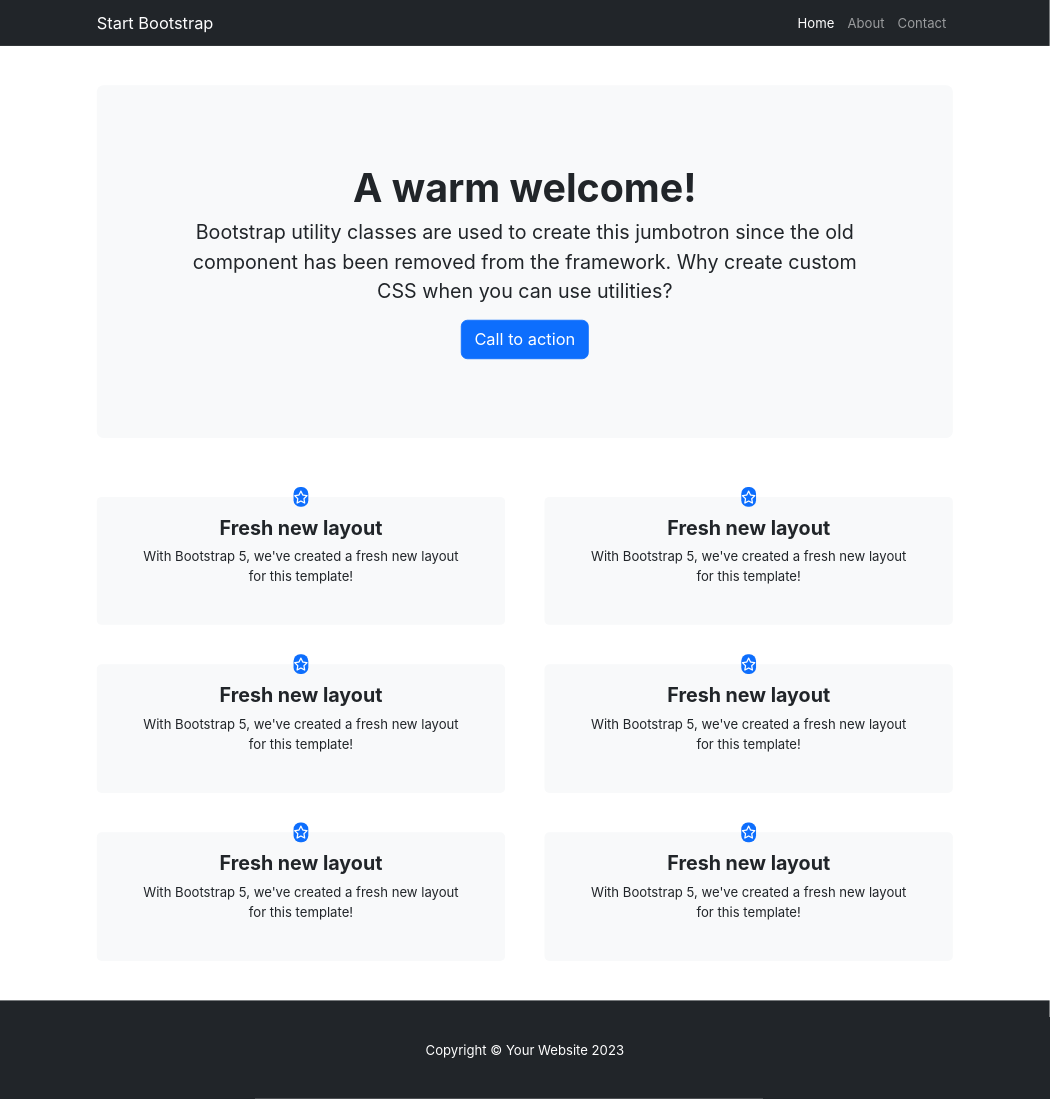
Repository: maitan0705/MaiThanhTan_BC43_BT1_react
Page: /
These files come from the project's save history. The page is drawn as it stood at one moment and after a run of saves; the edit follows.
The browser window is 1280 px wide. The pictures show the whole page, at 82% of full size.
The project was rebuilt for these pictures with package versions that can differ from the ones it lists, and the page was loaded fresh each time.

Above is the page before, as saved 2023-04-09 21:46:28.

### public/index.html
<!DOCTYPE html>
<html lang="en">

<head>
  <meta charset="utf-8" />
  <link rel="icon" href="%PUBLIC_URL%/favicon.ico" />
  <meta name="viewport" content="width=device-width, initial-scale=1" />
  <meta name="theme-color" content="#000000" />
  <meta name="description" content="Web site created using create-react-app" />
  <title>React App</title>
  <link href="https://cdn.jsdelivr.net/npm/bootstrap@5.3.0-alpha3/dist/css/bootstrap.min.css" rel="stylesheet"
    integrity="sha384-KK94CHFLLe+nY2dmCWGMq91rCGa5gtU4mk92HdvYe+M/SXH301p5ILy+dN9+nJOZ" crossorigin="anonymous">

  <script src="https://cdn.jsdelivr.net/npm/bootstrap@5.3.0-alpha3/dist/js/bootstrap.bundle.min.js"
    integrity="sha384-ENjdO4Dr2bkBIFxQpeoTz1HIcje39Wm4jDKdf19U8gI4ddQ3GYNS7NTKfAdVQSZe"
    crossorigin="anonymous"></script>

  <link rel="stylesheet" href="https://cdnjs.cloudflare.com/ajax/libs/font-awesome/6.4.0/css/all.min.css"
    integrity="sha512-iecdLmaskl7CVkqkXNQ/ZH/XLlvWZOJyj7Yy7tcenmpD1ypASozpmT/E0iPtmFIB46ZmdtAc9eNBvH0H/ZpiBw=="
    crossorigin="anonymous" referrerpolicy="no-referrer" />
</head>

<body>
  <noscript>You need to enable JavaScript to run this app.</noscript>
  <div id="root"></div>
</body>

</html>

### src/App.js
import React, { Component } from 'react';
import Header from './components/Header';
import Body from './components/Body';
import Footer from './components/Footer';

export default class App extends Component {
    render() {
        return (
            <div>
                <Header />
                <Body />
                <Footer />
            </div>
        );
    }
}

### src/components/Header.js
import React, { Component } from 'react';

export default class Header extends Component {
    render() {
        return (
            <nav className="navbar navbar-expand-lg navbar-dark bg-dark">
                <div className="container px-lg-5">
                    <a className="navbar-brand" href="#!">Start Bootstrap</a>
                    <button className="navbar-toggler" type="button" data-bs-toggle="collapse" data-bs-target="#navbarSupportedContent" aria-controls="navbarSupportedContent" aria-expanded="false" aria-label="Toggle navigation"><span className="navbar-toggler-icon" /></button>
                    <div className="collapse navbar-collapse" id="navbarSupportedContent">
                        <ul className="navbar-nav ms-auto mb-2 mb-lg-0">
                            <li className="nav-item"><a className="nav-link active" aria-current="page" href="#!">Home</a></li>
                            <li className="nav-item"><a className="nav-link" href="#!">About</a></li>
                            <li className="nav-item"><a className="nav-link" href="#!">Contact</a></li>
                        </ul>
                    </div>
                </div>
            </nav>

        );
    }
}

### src/components/Body.js
import React, { Component } from 'react';
import Banner from './Banner';
import Item from './Item';

export default class Body extends Component {
    render() {
        return (
            <div>
                <Banner />
                <section class="pt-4">
                    <div class="container px-lg-5">
                        <div class="row gx-lg-5">
                            <Item />
                            <Item />
                            <Item />
                            <Item />
                            <Item />
                            <Item />
                        </div>
                    </div>
                </section>

            </div>
        );
    }
}

### src/components/Footer.js
import React, { Component } from 'react';

export default class Footer extends Component {
    render() {
        return (
            <footer className="py-5 bg-dark">
                <div className="container"><p className="m-0 text-center text-white">Copyright © Your Website 2023</p></div>
            </footer>

        );
    }
}

### src/components/Banner.js
import React, { Component } from 'react';

export default class Banner extends Component {
    render() {
        return (
            <header className="py-5">
                <div className="container px-lg-5">
                    <div className="p-4 p-lg-5 bg-light rounded-3 text-center">
                        <div className="m-4 m-lg-5">
                            <h1 className="display-5 fw-bold">A warm welcome!</h1>
                            <p className="fs-4">Bootstrap utility classes are used to create this jumbotron since the old component has been removed from the framework. Why create custom CSS when you can use utilities?</p>
                            <a className="btn btn-primary btn-lg" href="#!">Call to action</a>
                        </div>
                    </div>
                </div>
            </header>

        );
    }
}

### src/components/Item.js
import React, { Component } from 'react';

export default class Item extends Component {
    render() {
        return (
            <div className="col-lg-6 col-xxl-4 mb-5">
                <div className="card bg-light border-0 h-100">
                    <div className="card-body text-center p-4 p-lg-5 pt-0 pt-lg-0">
                        <div className="d-inline-block bg-primary text-white rounded-3 px- " style={{ transform: 'translateY(-50%)' }}><i className="fa-regular fa-star"></i></div>
                        <h2 className="fs-4 fw-bold">Fresh new layout</h2>
                        <p className="mb-0">With Bootstrap 5, we've created a fresh new layout for this template!</p>
                    </div>
                </div>
            </div>
        );
    }
}

Loaded but not shown: src/index.js (common file); src/index.css (common file)

After the next 2 saves:
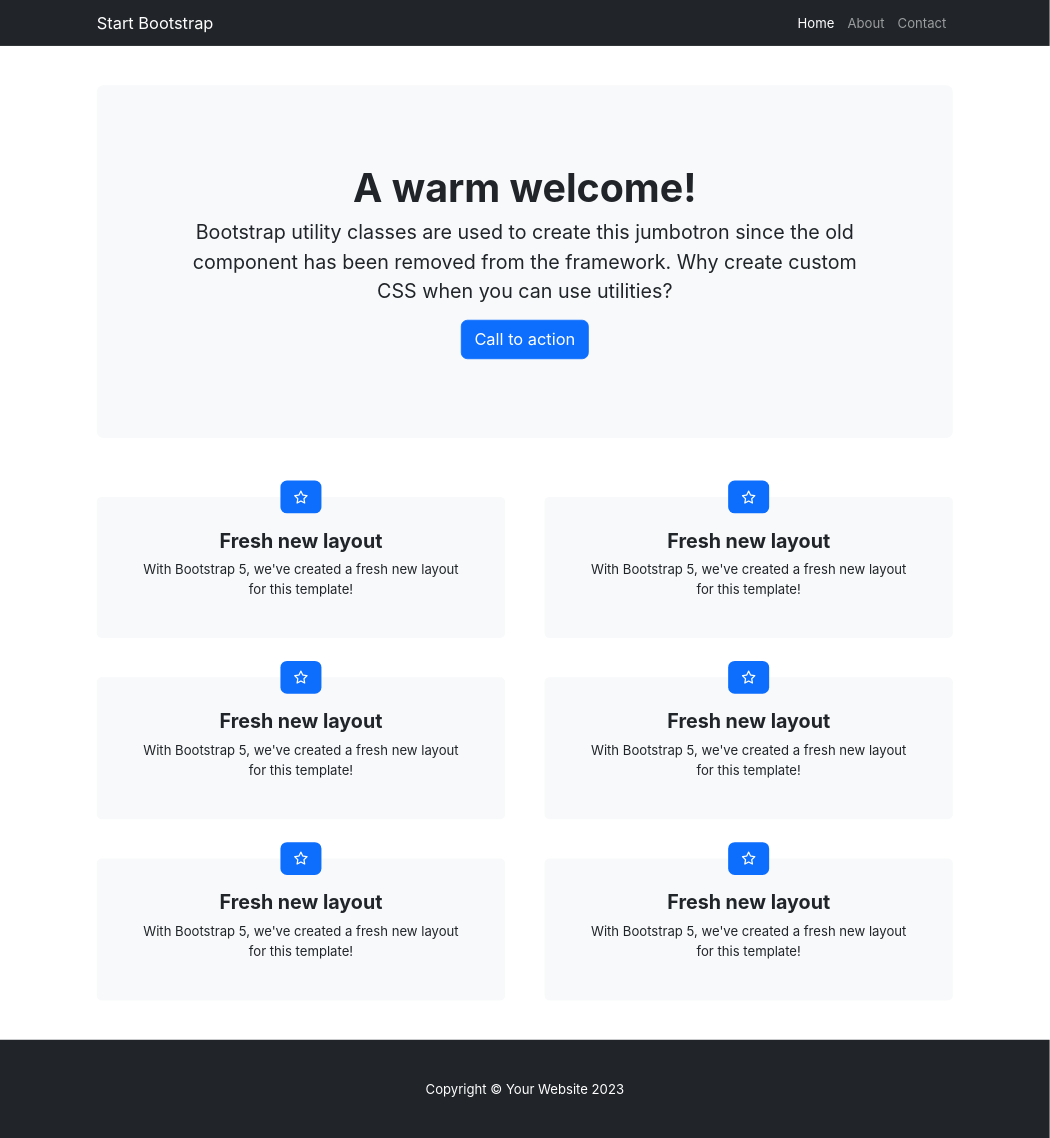
The 2 saves are shown as one change because they came seconds apart.
The last was saved 7 s later.
--- a/src/components/Item.js
+++ b/src/components/Item.js
@@ -6,7 +6,7 @@ export default class Item extends Component {
             <div className="col-lg-6 col-xxl-4 mb-5">
                 <div className="card bg-light border-0 h-100">
                     <div className="card-body text-center p-4 p-lg-5 pt-0 pt-lg-0">
-                        <div className="d-inline-block bg-primary text-white rounded-3 px- " style={{ transform: 'translateY(-50%)' }}><i className="fa-regular fa-star"></i></div>
+                        <div className="d-inline-block bg-primary text-white rounded-3 px-3 py-2 " style={{ transform: 'translateY(-50%)' }}><i className="fa-regular fa-star"></i></div>
                         <h2 className="fs-4 fw-bold">Fresh new layout</h2>
                         <p className="mb-0">With Bootstrap 5, we've created a fresh new layout for this template!</p>
                     </div>
